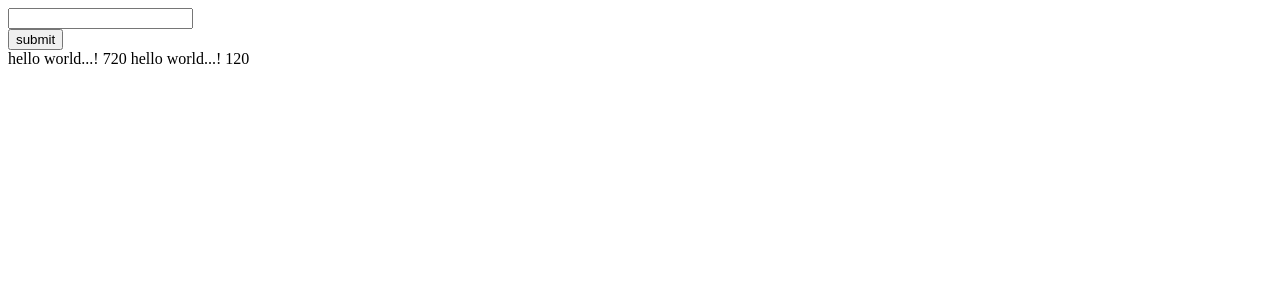
Repository: amankeshwani21/Assignments_java
Page: http://localhost/Day13/
An editor plug-in stored every save of this project. The page is shown before and after the next save, followed by the edit.
The browser window is 1280 px wide. The pictures show the whole page.
The page is served by Tomcat 9.

Above is the page before, as saved 2021-01-28 06:29:09.

After the next save:
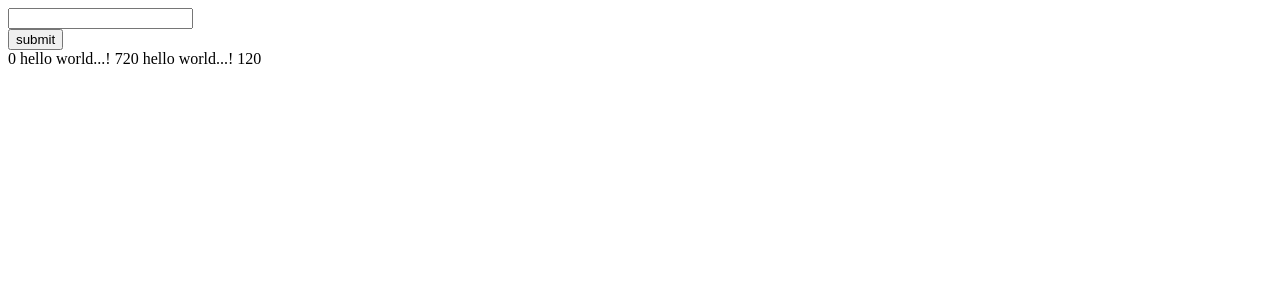
Saved 23 s later.
--- a/Day13/WebContent/index.jsp
+++ b/Day13/WebContent/index.jsp
@@ -21,6 +21,8 @@ if(s==null){
 	s="0";
 }
 %>
+
+<%=s %>
   <my:hello number="6"></my:hello>
   <my:hello number="5"></my:hello>
 </body>
